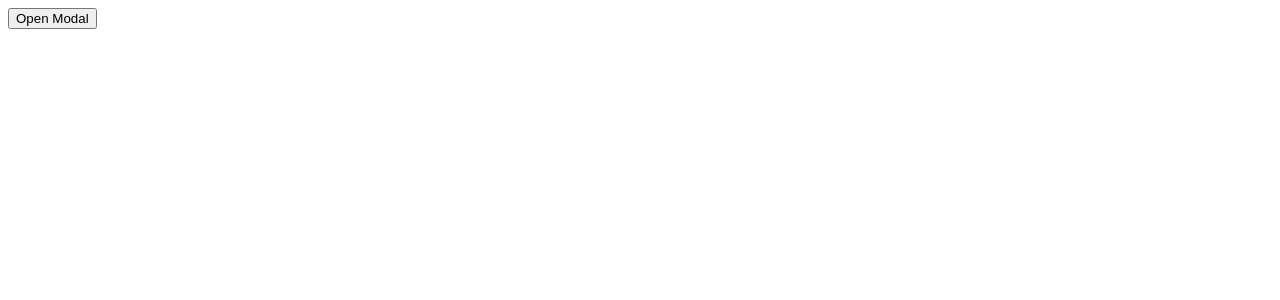
Repository: devogi/myFirstReactPortal
Page: /
An editor plug-in stored every save of this project. The page is shown before and after a run of saves, followed by the edit.
The browser window is 1280 px wide. The pictures show the whole page.
The project was rebuilt for these pictures with package versions that can differ from the ones it lists, and the page was loaded fresh each time. Also part of the build but not shown: src/Modal.js.

Above is the page before, as saved 2022-03-15 19:49:43.

After the next 4 saves:
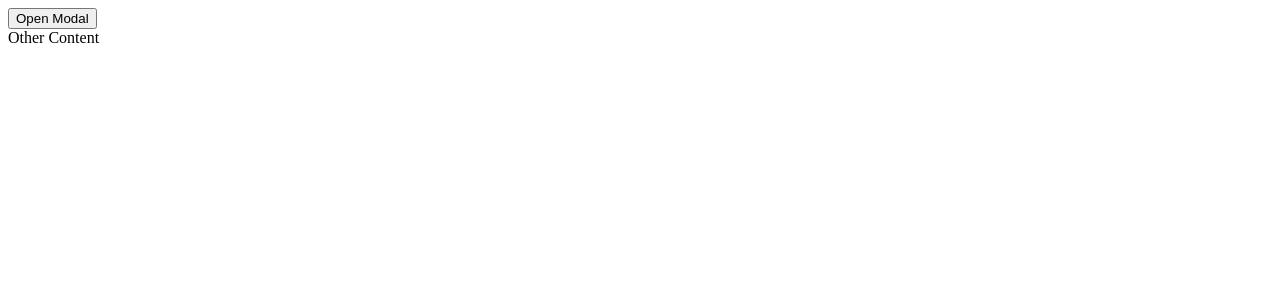
The 4 saves are shown as one change because 1 did not build or start and some came seconds apart.
The last was saved 25 s later.
--- a/src/App.js
+++ b/src/App.js
@@ -16,9 +16,12 @@ const OTHER_CONTENT_STYLES = {
 function App() {
   const [isOpen, setIsOpen] = useState(false);
   return (
-    <div>
-      <button onClick={() => setIsOpen(true)}>Open Modal </button>
-    </div>
+    <>
+      <div>
+        <button onClick={() => setIsOpen(true)}>Open Modal </button>
+      </div>
+      <div>Other Content</div>
+    </>
   );
 }
 
